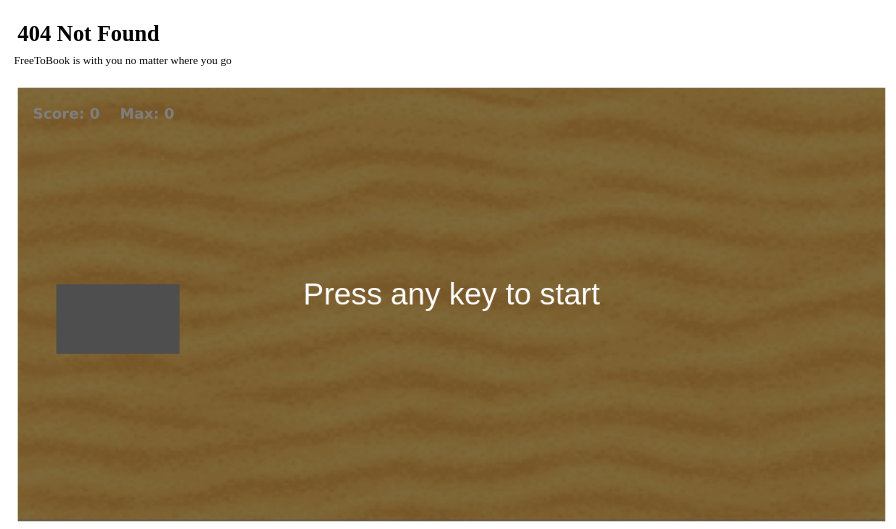
Repository: btgoo/game
Page: car.html
The author's editor kept a copy of each file at every save. The page is drawn from the files as they stood at one save, then again after the next save.
The browser window is 1280 px wide. The pictures show the part of the page from y = 0 to 1920 px (the page is 755 px tall before and 7575 px after), at 70% of full size.

Above is the page before, as saved 2025-10-26 03:03:41.

### car.html
<!DOCTYPE html>
<script src="carscript.js" defer type="module"></script>
<link rel="stylesheet" href="car_style.css">
<html lang="en">
<head>
    <meta charset="UTF-8">
    <meta http-equiv="X-UA-Compatible" content="IE=edge" />
    <meta name="viewport" content="width=device-width, initial-scale=1.0">
    <title>CarGo</title>
</head>
<body>
    <h1>404 Not Found</h1>
    FreeToBook is with you no matter where you go
    <p id="demo"></p>
    <canvas id="game">
    </canvas>
</body>
 </html>

### carscript.js
const canvas = document.getElementById("game");
const ctx = canvas.getContext("2d");

const GAME_WIDTH = 1200;
const GAME_HEIGHT = 600;
const PLAYER_WIDTH = 160;
const PLAYER_HEIGHT = 90;
const CACTI_WIDTH = 78;
const CACTI_Height = 90;

const NUM_LANES = 5;

const obstacleData = [
    {src: "./assets/car_images/cactus_1.png", width:CACTI_WIDTH, height:CACTI_WIDTH},
    {src: "./assets/car_images/cactus_2.png", width:CACTI_WIDTH, height:CACTI_Height},
    {src: "./assets/car_images/cactus_3.png", width:CACTI_WIDTH, height:CACTI_Height},
    {src: "./assets/car_images/cactus_1.png", width:CACTI_WIDTH, height:CACTI_WIDTH},
    {src: "./assets/car_images/cactus_2.png", width:CACTI_WIDTH, height:CACTI_Height},
    {src: "./assets/car_images/cactus_3.png", width:CACTI_WIDTH, height:CACTI_Height},
    {src: "./assets/car_images/tumbleweed.png", width:CACTI_WIDTH, height:CACTI_WIDTH},
    {src: "./assets/car_images/red_car.png", width:PLAYER_WIDTH, height:PLAYER_HEIGHT},
    {src: "./assets/car_images/green_car.png", width:PLAYER_WIDTH, height:PLAYER_HEIGHT},
];

let obstacleImgs = [];
obstacleData.forEach(data => {
    const img = new Image();
    img.src = data.src;
    img.width = data.width;
    img.height = data.height;
    obstacleImgs.push(img);
});

const explosionImg = new Image();
explosionImg.src = "./assets/car_images/explosion_sprite.png";

let explosions = [];

let scaleRatio = null;
let backgroundX = 0;
let gameSpeed = 3;
let speedIncreaseRate = 0.0001;

let gameRunning = false;
let gameOver = false;

let score = 0;
let maxScore = 0;

let car = {
    x: GAME_WIDTH / 24,
    width: PLAYER_WIDTH,
    height: PLAYER_HEIGHT,
    lane: 2,
};

let obstacles = [];
let obstacleTimer = 0;
let obstacleInterval = 80;
let lanes = [];

function setupLanes() {
    const laneHeight = GAME_HEIGHT / NUM_LANES;
    lanes = [];
    for (let i = 0; i < NUM_LANES; i++) {
        lanes.push(laneHeight * i + (laneHeight - car.height) / 2);
    }
    car.y = lanes[car.lane];
}

function getScaleRatio() {
    const screenHeight = Math.min(window.innerHeight, document.documentElement.clientHeight);
    const screenWidth = Math.min(window.innerWidth, document.documentElement.clientWidth);

    if (screenWidth / screenHeight < GAME_WIDTH / GAME_HEIGHT) {
        return screenWidth / GAME_WIDTH;
    } else {
        return screenHeight / GAME_HEIGHT;
    }
}

function setScreen() {
    scaleRatio = getScaleRatio();
    if (GAME_WIDTH * scaleRatio < GAME_WIDTH && GAME_HEIGHT * scaleRatio < GAME_HEIGHT){
        canvas.width = GAME_WIDTH * scaleRatio;
        canvas.height = GAME_HEIGHT * scaleRatio;
        } else {
        canvas.width = GAME_WIDTH;
        canvas.height = GAME_HEIGHT;
    }
  setupLanes();
}

setScreen();
window.addEventListener("resize", () => {
    setScreen();
    drawScene();
});

const backgroundImg = new Image();
backgroundImg.src = "./assets/car_images/background.png";

const carImg = new Image();
carImg.src = "./assets/car_images/blue_car.png";

backgroundImg.onload = requestAnimationFrame(gameLoop);
carImg.onload = () => requestAnimationFrame(gameLoop);

backgroundImg.onload = drawStartScreen;
carImg.onload = drawStartScreen;


function drawStartScreen() {
    drawScene();
    ctx.fillStyle = "rgba(0, 0, 0, 0.5)";
    ctx.fillRect(0, 0, canvas.width, canvas.height);

    ctx.fillStyle = "white";
    ctx.font = `${40 * scaleRatio}px Arial`;
    ctx.textAlign = "center";
    ctx.fillText("Press any key to start", canvas.width / 2, canvas.height / 2);
}

function drawScene() {
    ctx.clearRect(0, 0, canvas.width, canvas.height);

    const bgWidth = canvas.width;
    const bgHeight = canvas.height;
    let bgX = -backgroundX * scaleRatio;

    ctx.drawImage(backgroundImg, bgX, 0, bgWidth, bgHeight);
    ctx.drawImage(backgroundImg, bgX + bgWidth, 0, bgWidth, bgHeight);

    ctx.fillStyle = "white";
    ctx.font = `bold ${20}px Verdana`;
    ctx.textAlign = "left";
    ctx.fillText(`Score: ${score}    Max: ${maxScore}`, 20 * scaleRatio, 40 * scaleRatio);

    if (backgroundX * scaleRatio >= bgWidth) backgroundX = 0;

    obstacles.forEach((ob) => {
        ctx.drawImage(
        ob.img,
        ob.x * scaleRatio,
        ob.y * scaleRatio,
        ob.width * scaleRatio,
        ob.height * scaleRatio
        );
    });

    if (!gameOver) {
        ctx.drawImage(
            carImg,
            car.x * scaleRatio,
            car.y * scaleRatio,
            car.width * scaleRatio,
            car.height * scaleRatio
        );
    }
    explosions.forEach((ex, i) => {
        const frameWidth = explosionImg.width / ex.maxFrames;
        const frameHeight = explosionImg.height;

        ctx.drawImage(
            explosionImg,
            frameWidth * ex.frame,
            0,
            frameWidth,
            frameHeight,
            ex.x * scaleRatio,
            ex.y * scaleRatio,
            ex.width * scaleRatio,
            ex.height * scaleRatio
        );

        ex.tick++;
        if (ex.tick % ex.frameSpeed === 0) {
            ex.frame++;
        }
        if (ex.frame >= ex.maxFrames) {
            explosions.splice(i, 1);
        }
    });
    if (gameOver) {
        ctx.fillStyle = "rgba(0, 0, 0, 0.6)";
        ctx.fillRect(0, 0, canvas.width, canvas.height);
        ctx.fillStyle = "white";
        ctx.font = `${60 * scaleRatio}px Arial Black`;
        ctx.textAlign = "center";
        ctx.fillText("GAME OVER", canvas.width / 2, canvas.height / 2);
        ctx.font = `${30 * scaleRatio}px Arial`;
        ctx.fillText("Press any key to restart", canvas.width / 2, canvas.height / 2 + 60 * scaleRatio);
    }
}

function gameLoop() {
    if (gameRunning && !gameOver) {
        backgroundX += gameSpeed;

        obstacleTimer++;
        if (obstacleTimer > obstacleInterval) {
            spawnObstacle();
            obstacleTimer = 0;
            obstacleInterval = 100 + Math.random() * 10;
        }

        obstacles.forEach((ob) => {
            ob.x -= gameSpeed;

            if (!ob.counted && ob.x + ob.width < car.x) {
                score++;
                ob.counted = true;

                if (score > maxScore) {
                    maxScore = score;
                }
            }
        });

        obstacles = obstacles.filter((ob) => ob.x + ob.width > 0);

        checkCollisions();

        gameSpeed += speedIncreaseRate;

        drawScene();
    }
    requestAnimationFrame(gameLoop);
}
requestAnimationFrame(gameLoop);

function checkCollisions() {
    obstacles.forEach((ob, index) => {
      const carLeft = car.x;
      const carRight = car.x + car.width;
      const carTop = car.y;
      const carBottom = car.y + car.height;

      const obLeft = ob.x;
      const obRight = ob.x + ob.width-10;
      const obTop = ob.y;
      const obBottom = ob.y + ob.height;

      const horizontalOverlap = carLeft < obRight && carRight > obLeft;
      const verticalOverlap = carTop < obBottom && carBottom > obTop;

      if (horizontalOverlap && verticalOverlap) {
        spawnExplosion(car.x, car.y, car.width, car.height);
        setTimeout(setGameOver, 100);
      }
    });
}

function setGameOver(){
    gameRunning = false;
    gameOver = true
    drawScene();
}

function spawnObstacle() {
    const lane = Math.floor(Math.random() * NUM_LANES);
    const imgIndex = Math.floor(Math.random() * obstacleImgs.length);
    const chosenImg = obstacleImgs[imgIndex];

    const newObstacle = {
        x: GAME_WIDTH + 50,
        y: lanes[lane],
        width: chosenImg.width,
        height: chosenImg.height,
        lane: lane,
        img: chosenImg
    };
    obstacles.push(newObstacle);
}

function spawnExplosion(x, y, width, height) {
    explosions.push({
        x: x,
        y: y,
        width: width,
        height: height,
        frame: 0,
        maxFrames: 15,
        frameSpeed: 3,
        tick: 0
    });
}

window.addEventListener("keydown", (e) => {
    if (!gameRunning && !gameOver) {
      // start
      gameRunning = true;
        obstacles = [];
        explosions = [];
        backgroundX = 0;
        gameSpeed = 3;
        score = 0;
        drawScene();
    } else if (gameOver) {
      // restart
        gameOver = false;
        gameRunning = true;
        backgroundX = 0;
        obstacles = [];
        explosions = [];
        gameSpeed = 3;
        score = 0;
    } else {
      // move car if running
      if (e.key === "ArrowUp" && car.lane > 0) {
        car.lane--;
      } else if (e.key === "ArrowDown" && car.lane < NUM_LANES - 1) {
        car.lane++;
      }
      car.y = lanes[car.lane];
    }
});

### car_style.css
* {
    padding: 5px;
    padding-top: 10px;
    padding-bottom: 10px;
    margin: 0px;
}
body{
    padding-left: 15px;
    display:flex;
    flex-direction: column;
    height: 90vh;

    /* user-select: none;
    touch-action: none;
    -webkit-touch-callout: none;
    -webkit-user-select: none;
    -khtml-user-select: none;
    -moz-user-select: none;
    -ms-user-select: none;
    user-select: none;
    outline: none;
    -webkit-tap-highlight-color: rgba(255, 255, 255, 0); */
}

After the next save:
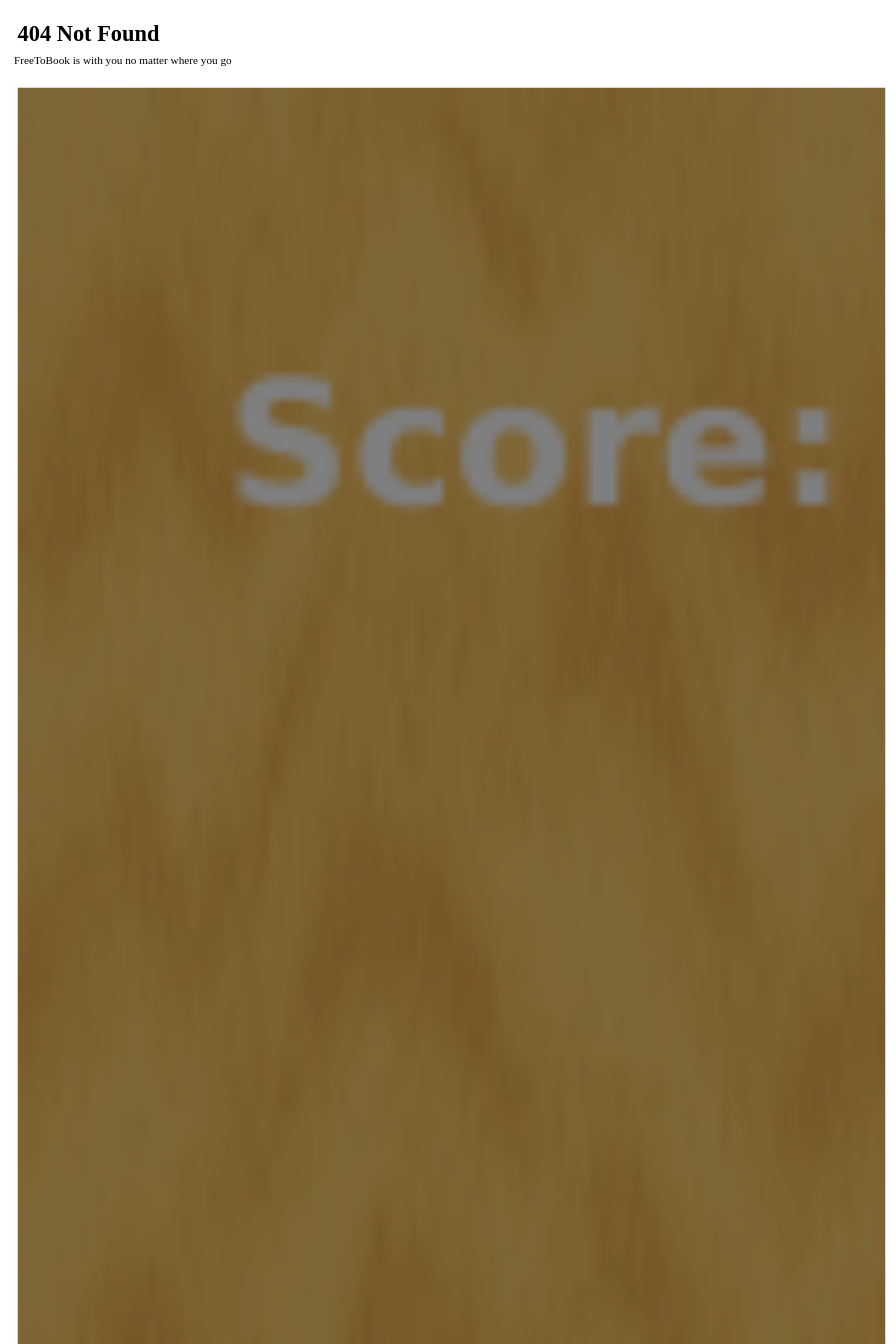
Saved 102 s later.
--- a/carscript.js
+++ b/carscript.js
@@ -1,7 +1,7 @@
 const canvas = document.getElementById("game");
 const ctx = canvas.getContext("2d");
 
-const GAME_WIDTH = 1200;
+const GAME_WIDTH = 100;
 const GAME_HEIGHT = 600;
 const PLAYER_WIDTH = 160;
 const PLAYER_HEIGHT = 90;
